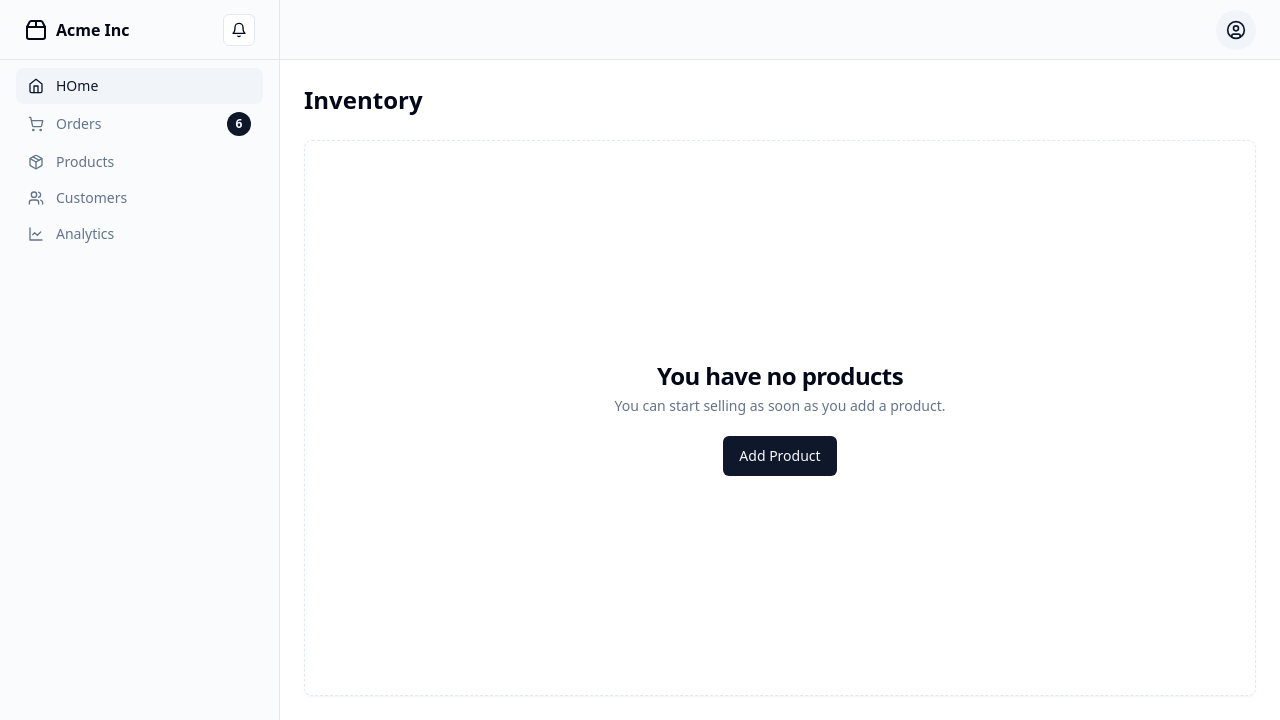
Repository: ifeanyidavid/yabta
Page: /dashboard (app in frontend/)
An editor plug-in stored every save of this project. The page is shown before and after a run of saves, followed by the edit.
The browser window is 1280 px wide. The pictures show the whole page.
The project was rebuilt for these pictures with package versions that can differ from the ones it lists, and the page was loaded fresh each time. Also part of the build but not shown: frontend/vite.config.ts, frontend/src/components/ui/card.tsx, frontend/src/components/ui/label.tsx, frontend/src/components/ui/input.tsx, frontend/src/components/auth/login-form.tsx, frontend/src/pages/Login/index.tsx, frontend/src/routes/root.tsx, frontend/src/routes/error-page.tsx and 6 more.

Above is the page before, as saved 2024-07-13 04:10:25.

After the next 2 saves:
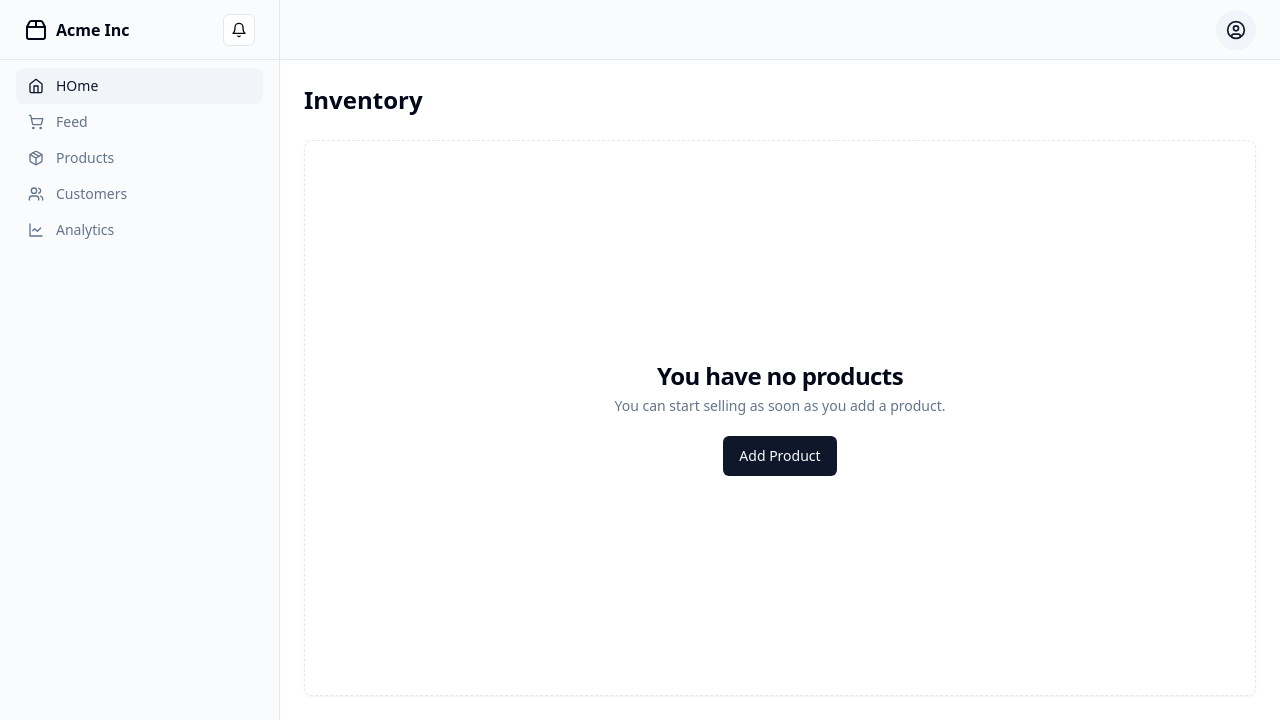
The 2 saves are shown as one change because they came seconds apart.
The last was saved 14 s later.
--- a/frontend/src/pages/Dashboard/index.tsx
+++ b/frontend/src/pages/Dashboard/index.tsx
@@ -45,10 +45,7 @@ const Sidebar: React.FC = () => {
             className="flex items-center gap-3 rounded-lg px-3 py-2 text-muted-foreground transition-all hover:text-primary"
           >
             <ShoppingCartIcon className="h-4 w-4" />
-            Orders
-            <Badge className="ml-auto flex h-6 w-6 shrink-0 items-center justify-center rounded-full">
-              6
-            </Badge>
+            Feed
           </NavLink>
           <NavLink
             to="#"
